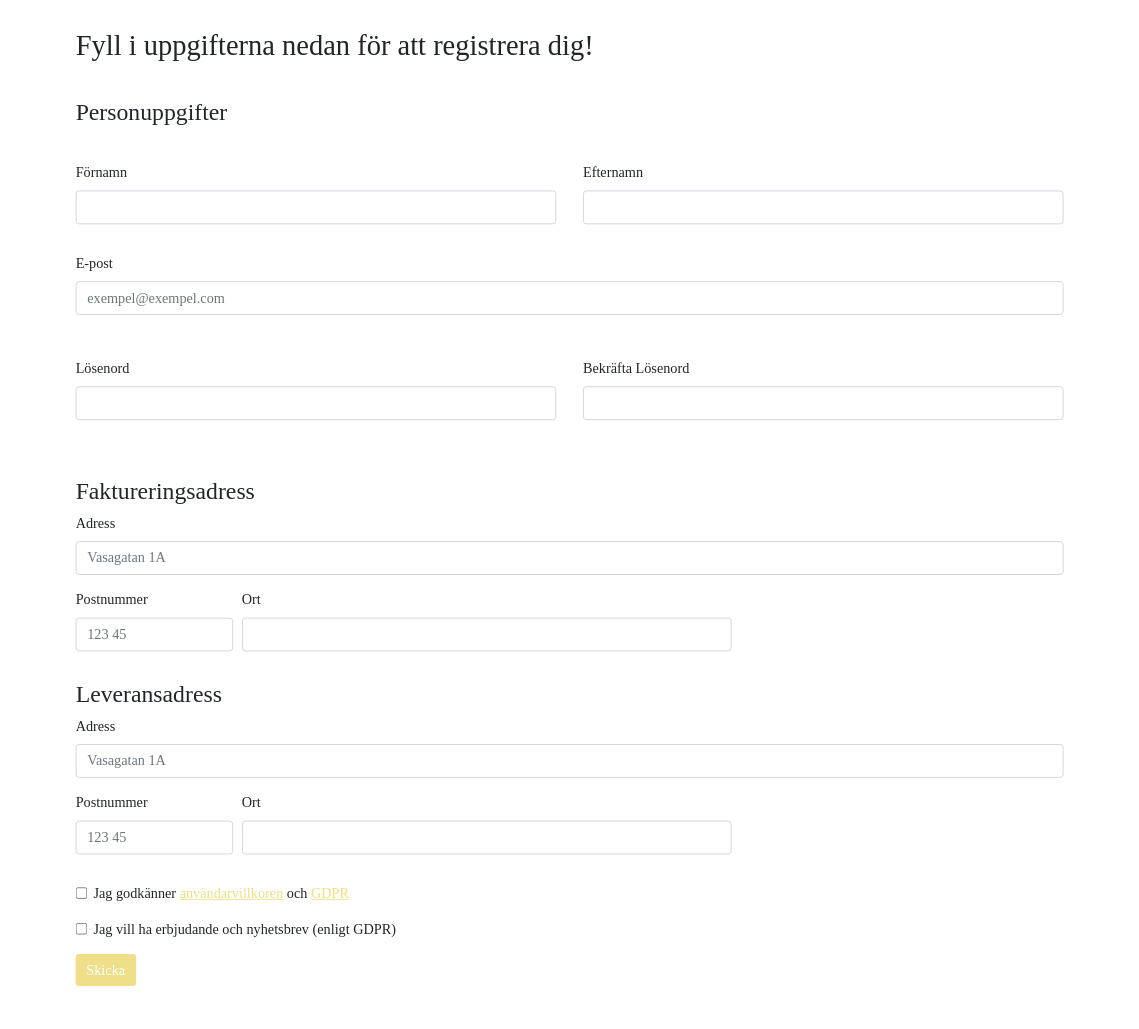
Repository: skepp4rn/Liamsuppgift3
Page: index.html
These files come from the project's save history. The page is drawn as it stood at one moment and after the next save; the edit follows.
The browser window is 1280 px wide. The pictures show the whole page, at 89% of full size.
Some web libraries are served in a nearby version.

Above is the page before, as saved 2020-12-06 13:25:40.
Console error (its wording comes from the project's code and is left out).

After the next save:
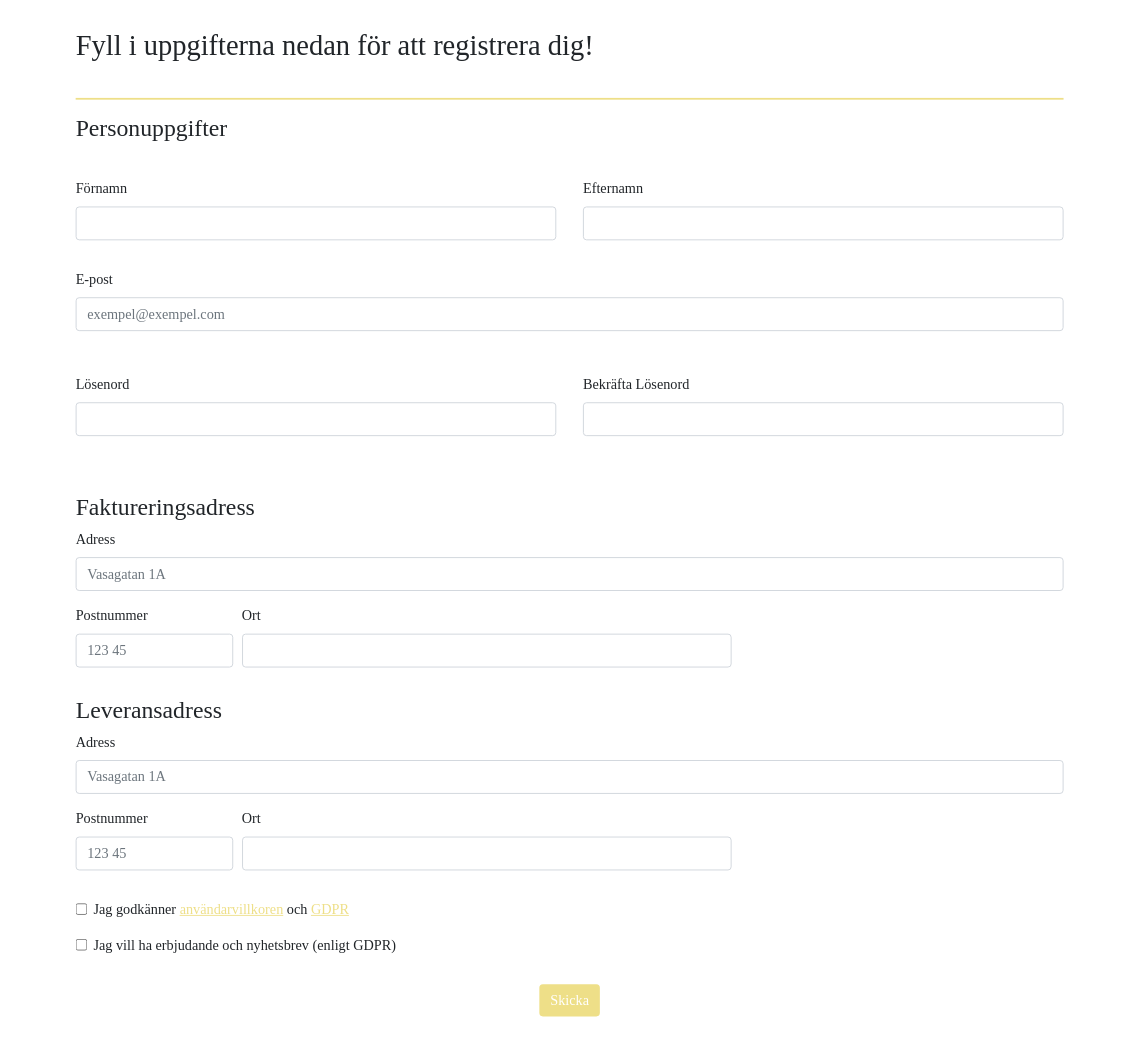
Saved 25 s later.
--- a/css/style.css
+++ b/css/style.css
@@ -18,9 +18,9 @@ h3{font-size:20pt}.container{width:95vw;margin:auto}
 #exampleInputEmail1{color:grey}
 #exampleInputPassword1{color:grey}
 #exampleInputPassword2{color:grey}
-.button{padding-top:1rem;display:flex;justify-content:center}
+.button-center{padding-top:1rem;display:flex;justify-content:center}
 .colorbutton{background-color:#eedf88;border:none}
-.linje{height:2px;background-color:#eedf88;margin-bottom:1rem}
+.line{height:2px;background-color:#eedf88;margin-bottom:1rem}
 .bottenspace{margin-bottom:2rem}
 .linktext{color:#eedf88;text-decoration:underline}
 .tacktack{border:2px solid #eedf88;border-radius:10px;display:grid;grid-template-columns:1fr;grid-template-rows:3fr 1fr;justify-items:center;margin-top:8rem}
